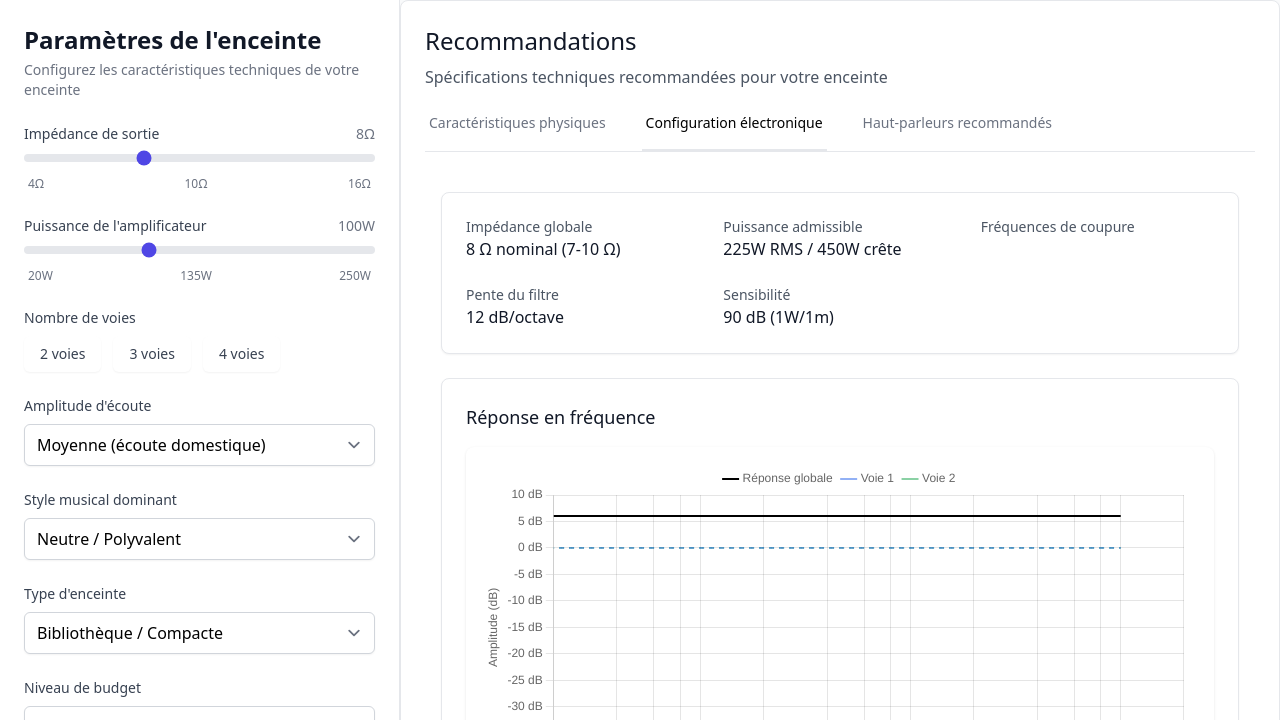
Repository: flobutbut/AcuoTune
Page: /, after clicking the first element matching `nav.flex > :nth-child(2)`
These files come from the project's save history. The page is drawn as it stood at one moment and after the next save; the edit follows.
The browser window is 1280 px wide. The pictures show the whole page.
An inner scrolling area shows only its first screen. The project was rebuilt for these pictures with package versions that can differ from the ones it lists, and the page was loaded fresh each time. Also part of the build but not shown: vite.config.ts, src/components/configurateur/recommendations/SpeakersTab.vue.

Above is the page before, as saved 2025-02-28 14:39:34.

After the next save:
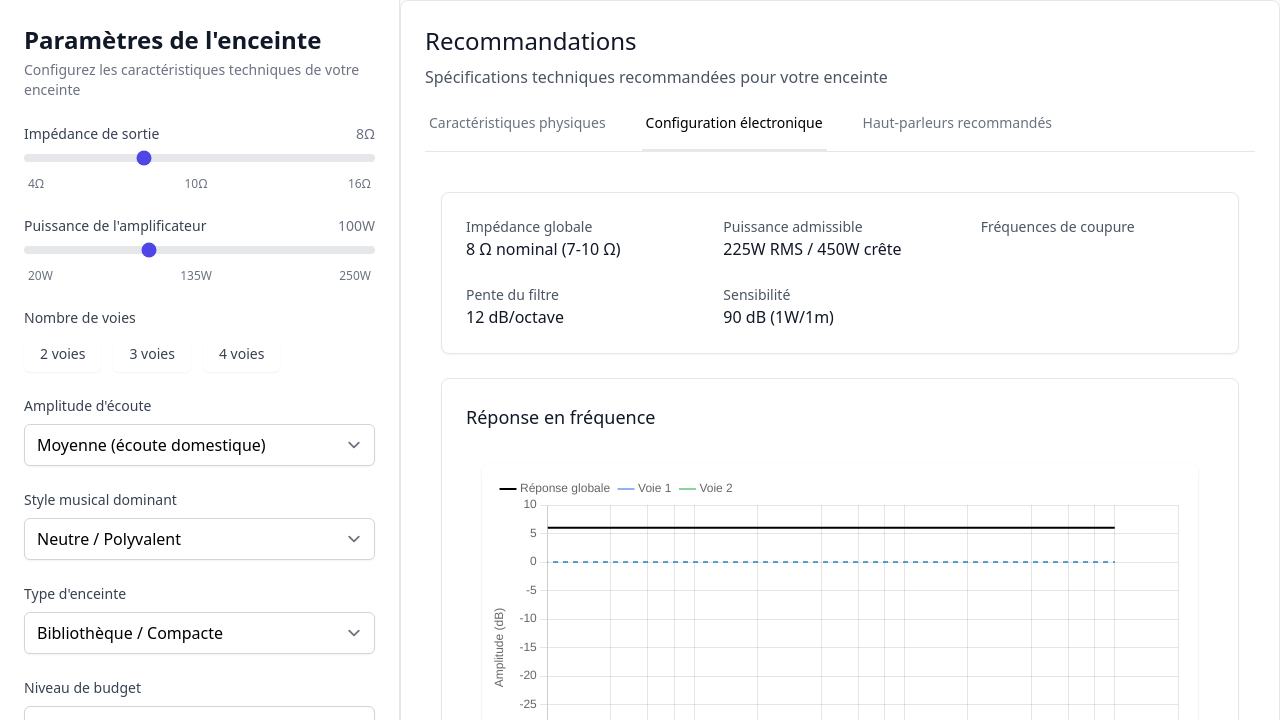
Saved 98 s later.
--- a/src/components/configurateur/FrequencyResponseChart.vue
+++ b/src/components/configurateur/FrequencyResponseChart.vue
@@ -105,6 +105,14 @@ function createChart() {
     options: {
       responsive: true,
       maintainAspectRatio: false,
+      layout: {
+        padding: {
+          top: 10,
+          right: 20,
+          bottom: 10,
+          left: 10
+        }
+      },
       scales: {
         x: {
           type: 'logarithmic',
@@ -112,11 +120,15 @@ function createChart() {
           max: 20000,
           title: {
             display: true,
-            text: 'Fréquence (Hz)'
+            text: 'Fréquence (Hz)',
+            padding: { top: 10, bottom: 0 }
           },
           ticks: {
             callback: (value: any) => {
               if ([20, 50, 100, 200, 500, 1000, 2000, 5000, 10000, 20000].includes(value)) {
+                if (value >= 1000) {
+                  return `${value/1000}k`
+                }
                 return value
               }
               return ''
@@ -128,11 +140,12 @@ function createChart() {
           max: 10,
           title: {
             display: true,
-            text: 'Amplitude (dB)'
+            text: 'Amplitude (dB)',
+            padding: { top: 0, bottom: 10 }
           },
           ticks: {
             stepSize: 5,
-            callback: (value: any) => `${value} dB`
+            callback: (value: any) => `${value}`
           }
         }
       },
@@ -140,9 +153,12 @@ function createChart() {
         legend: {
           display: true,
           position: 'top',
+          align: 'start',
           labels: {
             usePointStyle: true,
-            pointStyle: 'line'
+            pointStyle: 'line',
+            boxWidth: 40,
+            padding: 10
           }
         },
         tooltip: {
@@ -157,7 +173,11 @@ function createChart() {
       },
       elements: {
         line: {
-          tension: 0.4 // Pour des courbes plus douces
+          tension: 0.4,
+          borderWidth: 1.5
+        },
+        point: {
+          radius: 0
         }
       }
     }
@@ -180,16 +200,32 @@ onUnmounted(() => {
 </script>
 
 <template>
-  <div class="frequency-response-chart" style="height: 400px; width: 100%">
-    <canvas ref="chartCanvas"></canvas>
+  <div class="frequency-response-container">
+    <div class="frequency-response-chart">
+      <canvas ref="chartCanvas"></canvas>
+    </div>
   </div>
 </template>
 
 <style scoped>
+.frequency-response-container {
+  width: 100%;
+  padding: 1rem;
+}
+
 .frequency-response-chart {
   background-color: white;
-  padding: 1rem;
   border-radius: 0.5rem;
   box-shadow: 0 1px 3px rgba(0, 0, 0, 0.1);
+  height: 400px;
+  position: relative;
+}
+
+canvas {
+  position: absolute;
+  top: 0;
+  left: 0;
+  width: 100% !important;
+  height: 100% !important;
 }
 </style>
